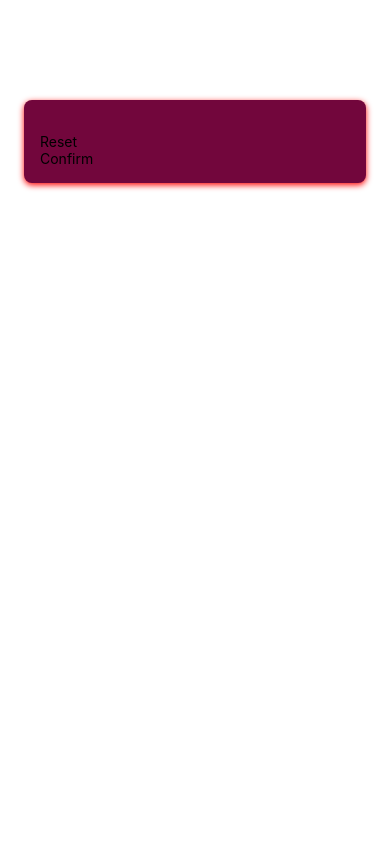
Repository: SyLe-Van/Number-Guessing-Game
Screen: /
An editor plug-in stored every save of this project. The screen is shown before and after the next save, followed by the edit.
The app was drawn by React Native's web renderer in a window 390 px wide. The project was rebuilt for these pictures with package versions that can differ from the ones it lists, and the page was loaded fresh each time.

Above is the screen before, as saved 2024-02-01 23:03:48.

### App.js
import { StyleSheet } from "react-native";

import StartGameScreen from "./screens/StartGameScreen";
export default function App() {
  return <StartGameScreen />;
}

const styles = StyleSheet.create({});

### screens/StartGameScreen.js
import { TextInput, View, StyleSheet } from "react-native";
import PrimaryButton from "../components/PrimaryButton";
function StartGameScreen() {
  return (
    <View style={styles.inputContainer}>
      <TextInput />
      <PrimaryButton>Reset</PrimaryButton>
      <PrimaryButton>Confirm</PrimaryButton>
    </View>
  );
}
const styles = StyleSheet.create({
  inputContainer: {
    padding: 16,
    marginTop: 100,
    marginHorizontal: 24,
    backgroundColor: "#72063c",
    borderRadius: 8,
    shadowColor: "red",
    shadowOffset: { width: 0, height: 2 },
    shadowRadius: 6,
  },
});
export default StartGameScreen;

### components/PrimaryButton.js
import { View, Text } from "react-native";
function PrimaryButton({ children }) {
  return (
    <View>
      <Text>{children}</Text>
    </View>
  );
}
export default PrimaryButton;

After the next save:
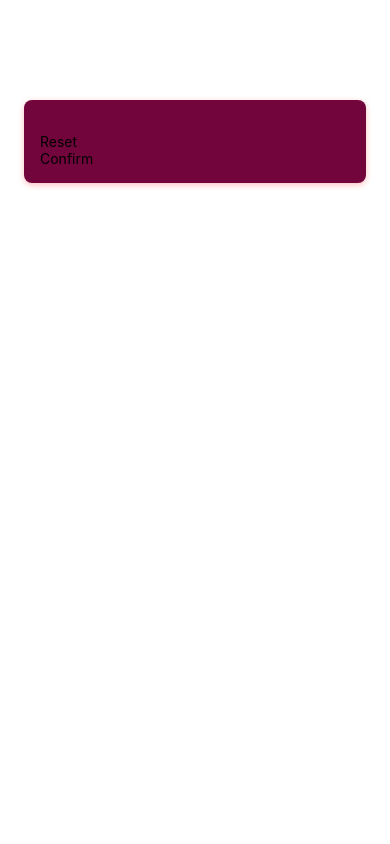
Saved 28 s later.
--- a/screens/StartGameScreen.js
+++ b/screens/StartGameScreen.js
@@ -19,6 +19,7 @@
     shadowColor: "red",
     shadowOffset: { width: 0, height: 2 },
     shadowRadius: 6,
+    shadowOpacity: 0.25,
   },
 });
 export default StartGameScreen;

After the save that followed:
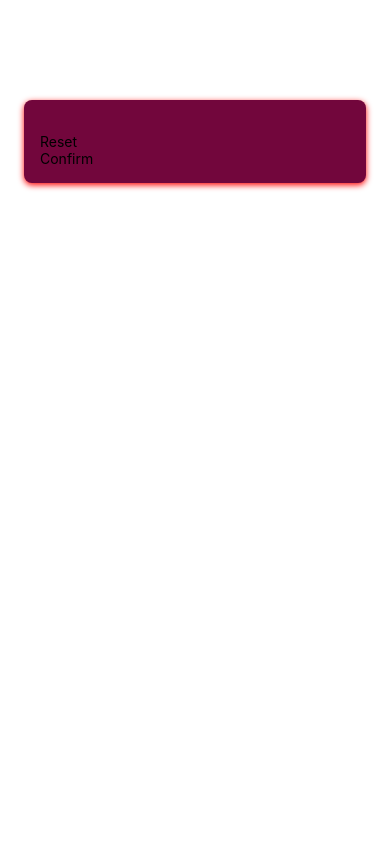
Saved 2 min 21 s later.
--- a/screens/StartGameScreen.js
+++ b/screens/StartGameScreen.js
@@ -19,7 +19,7 @@
     shadowColor: "red",
     shadowOffset: { width: 0, height: 2 },
     shadowRadius: 6,
-    shadowOpacity: 0.25,
+    shadowOpacity: 1,
   },
 });
 export default StartGameScreen;
